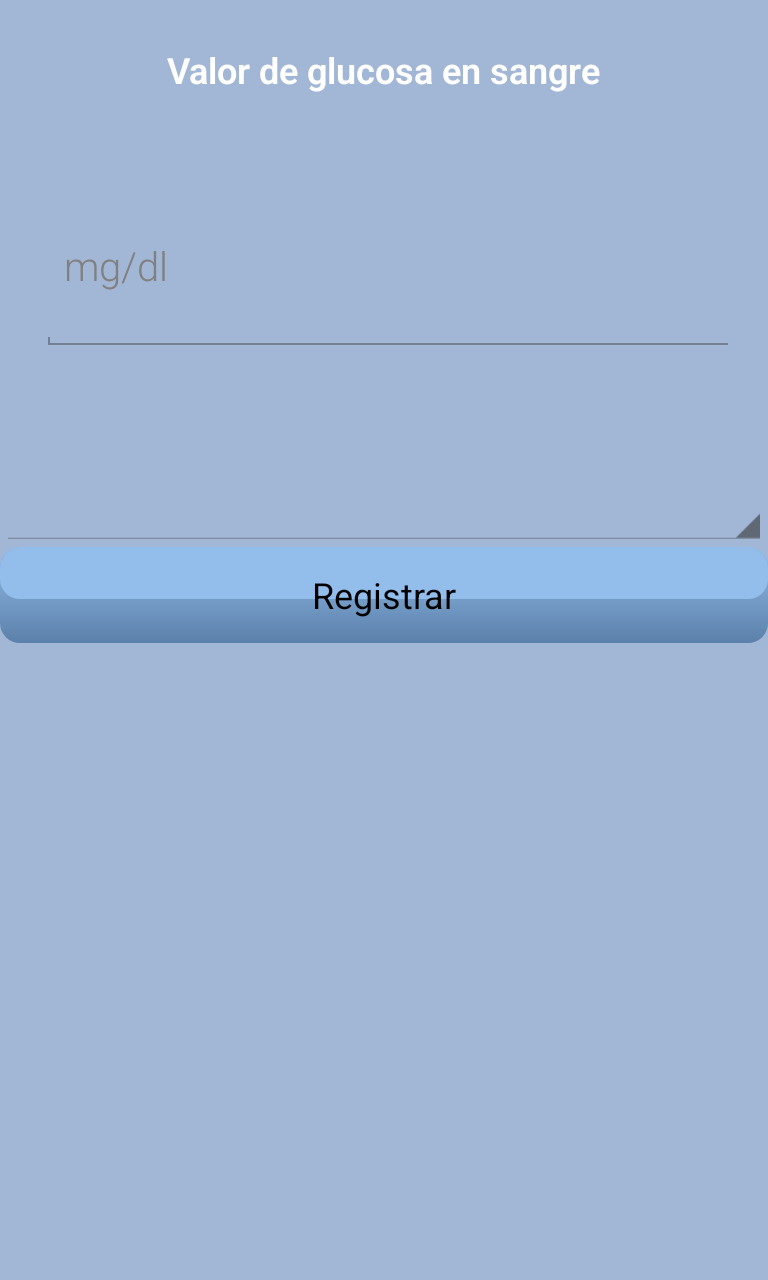
Repository: HectorGarciaMiguel/ssii-diabetes-060036
Layout: SeguimientoDiabetes/res/layout/activity_insertar_medicion.xml
These files come from the project's save history. The layout is drawn as it stood at one moment and after the next save; the edit follows.
It is drawn on a 768 x 1280 px phone screen (xhdpi) without system bars, with theme AppTheme; the app's code is not run.

Above is the layout before, as saved 2015-11-16 18:04:35.

### SeguimientoDiabetes/res/layout/activity_insertar_medicion.xml
<TableLayout xmlns:android="http://schemas.android.com/apk/res/android"
    xmlns:tools="http://schemas.android.com/tools"
    android:id="@+id/TableLayout1"
    android:layout_width="fill_parent"
    android:layout_height="fill_parent"
    android:layout_gravity="top|center"
    android:stretchColumns="*"
    tools:context=".MainActivity" >

    <TableRow
        android:id="@+id/tableRow1"
        android:layout_width="0px"
        android:layout_height="0px"
        android:layout_weight="1" >

        <TextView
            android:id="@+id/textView1"
            android:layout_width="wrap_content"
            android:layout_height="wrap_content"
            android:layout_gravity="center_vertical|center_horizontal"
            android:text="Valor de glucosa en sangre"
            android:textStyle="bold" />

    </TableRow>

    <TableRow
        android:id="@+id/tableRow2"
        android:layout_width="0px"
        android:layout_height="0px"
        android:layout_weight="1"
        android:layout_margin="20dp">

        <EditText
            android:id="@+id/editText1"
            android:layout_width="fill_parent"
            android:layout_height="fill_parent"
            android:hint="mg/dl"
            android:inputType="number" >

        </EditText>

    </TableRow>

    <TableRow
        android:layout_width="0px"
        android:layout_height="0px"
        android:layout_weight="1" >

        <Spinner android:id="@+id/CmbOpciones"
   	 	android:layout_width="match_parent"
    	android:layout_height="match_parent"/>


    </TableRow>


    <TableRow
        android:layout_width="0px"
        android:layout_height="0px"
        android:layout_weight="7" >

        <Button
            android:id="@+id/button1"
        	android:background="@drawable/mibotonazul"
            android:layout_weight="1"
            android:onClick="pasarRecomendacionActivity"
            android:text="Registrar" />

    </TableRow>




</TableLayout>

### SeguimientoDiabetes/res/drawable/mibotonazul.xml
<?xml version="1.0" encoding="utf-8"?>
<selector xmlns:android="http://schemas.android.com/apk/res/android" >

 <item android:state_pressed="true">
     <layer-list >
       <item >
           <shape android:shape="rectangle">
            <gradient
  				  android:startColor="#29527C"
                  android:endColor="#112A44"
                  android:angle="-90"
                  android:type="linear"
                  />
            <corners android:radius="10dp" />
            </shape>
            </item>
            <item android:top="1dp" android:bottom="22dp" >
 	 <shape android:shape="rectangle">
  				<solid android:color="#29527C"/>
              <corners android:radius="10dp" />

            </shape>
      </item>
      </layer-list>
  </item>




<item android:state_focused="true">
     <layer-list >
       <item >
           <shape android:shape="rectangle">
            <gradient
  				  android:startColor="#29527C"
                  android:endColor="#112A44"
                  android:angle="-90"
                  android:type="linear"
                  />
            <corners android:radius="10dp" />
            </shape>
            </item>
            <item android:top="1dp" android:bottom="50px" >
  <shape android:shape="rectangle">
  <solid android:color="#29527C"/>
              <corners android:radius="10dp" />

            </shape>
      </item>
      </layer-list>
  </item>







 <item>
     <layer-list >
       <item >
           <shape android:shape="rectangle">
            <gradient
  				  android:startColor="#93BDEA"
                  android:endColor="#5B81AA"
                  android:angle="-90"
                  android:type="linear"
                  />
			<corners android:radius="10dp" />
			</shape>
        </item>
        <item android:top="1dp" android:bottom="22dp" >
  			<shape android:shape="rectangle">
  			<solid android:color="#93BDEA"/>
       			<corners android:radius="10dp" />
           </shape>
      </item>
      </layer-list>
  </item>
</selector>

Loaded but not shown: SeguimientoDiabetes/res/values/styles.xml (common file); SeguimientoDiabetes/res/values-v11/styles.xml (common file); SeguimientoDiabetes/res/values-v14/styles.xml (common file)

After the next save:
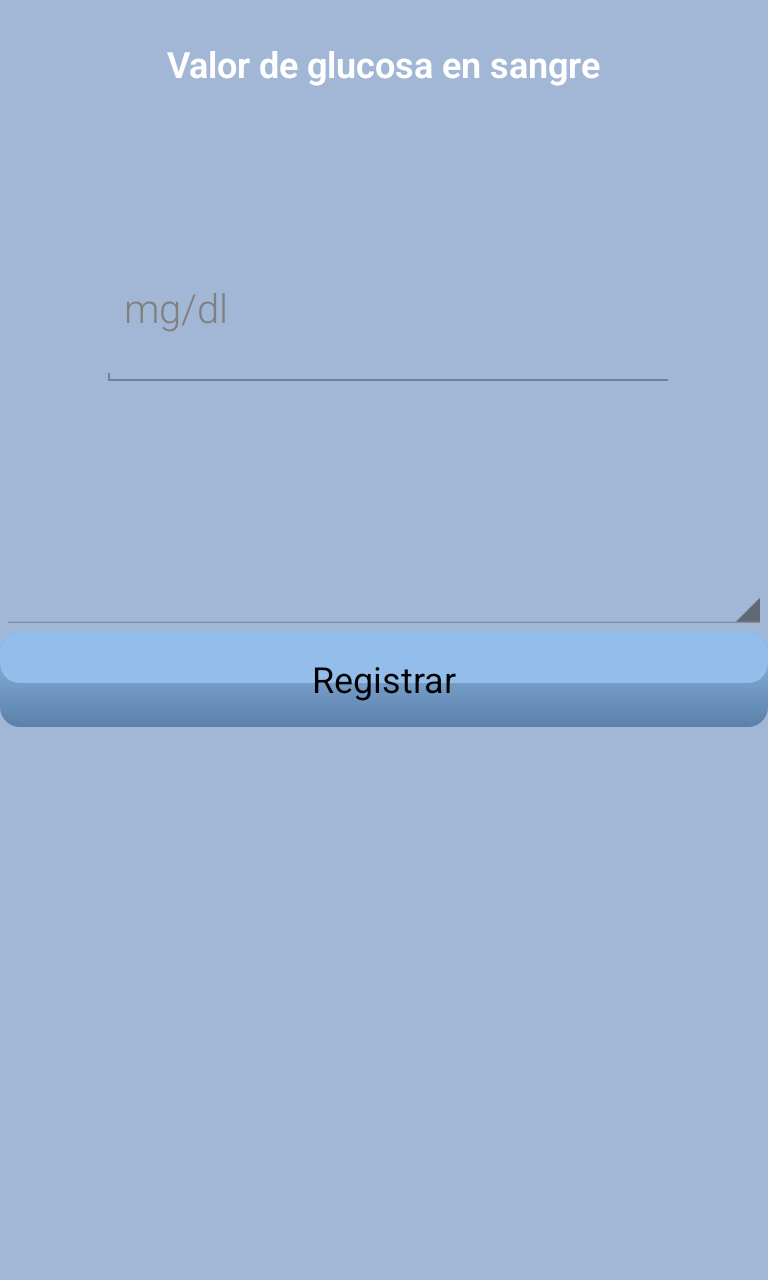
Saved 33 s later.
--- a/SeguimientoDiabetes/res/layout/activity_insertar_medicion.xml
+++ b/SeguimientoDiabetes/res/layout/activity_insertar_medicion.xml
@@ -28,7 +28,7 @@
         android:layout_width="0px"
         android:layout_height="0px"
         android:layout_weight="1"
-        android:layout_margin="20dp">
+        android:layout_margin="50dp">
 
         <EditText
             android:id="@+id/editText1"
